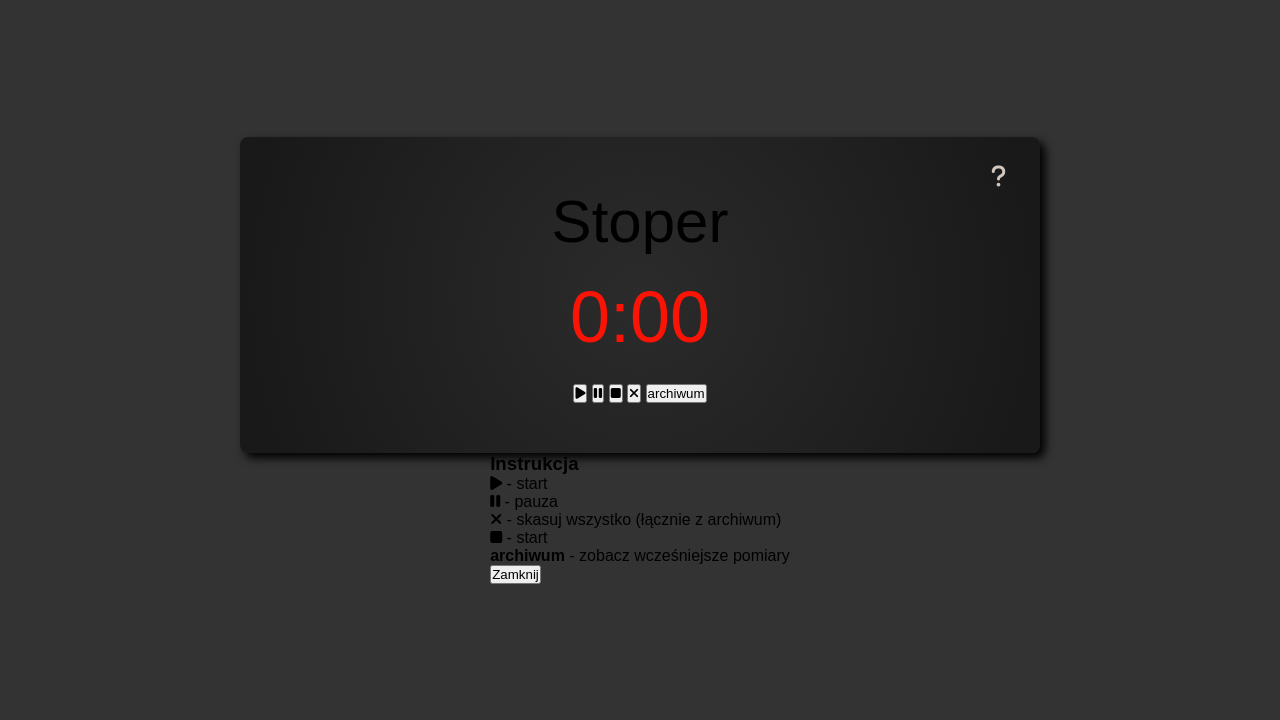
Repository: KrzysKolo/Projekt-5_Stoper
Page: index.html
The author's editor kept a copy of each file at every save. The page is drawn from the files as they stood at one save, then again after the next save.
The browser window is 1280 px wide. The pictures show the whole page.
Some web fonts or font styles are not loaded; a fallback is used. Some web libraries are served in a nearby version.

Above is the page before, as saved 2020-07-05 17:03:45.

### index.html
<!DOCTYPE html>
<html lang="en">
  <head>
    <meta charset="UTF-8" />
    <meta name="viewport" content="width=device-width, initial-scale=1.0" />
    <title>Stoper</title>
    <script
      src="https://kit.fontawesome.com/21efeaf281.js"
      crossorigin="anonymous"
    ></script>
    <link
      href="https://fonts.googleapis.com/css2?family=Montserrat+Subrayada&display=swap"
      rel="stylesheet"
    />
    <link rel="stylesheet" href="./css/style.css" />
  </head>
  <body>
    <div class="wrapper">
      <p class="info">
        <i class="fa fa-question" aria-hidden="true"></i>
      </p>
      <h1>Stoper</h1>
      <p class="stopwatch">0:00</p>
      <p class="time">0:00</p>

      <div class="buttons">
        <button class="start"><i class="fas fa-play"></i></button>
        <button class="pouse"><i class="fas fa-pause"></i></button>
        <button class="stop"><i class="fas fa-stop"></i></button>
        <button class="restart"><i class="fas fa-times"></i></button>
        <button class="history">archiwum</button>
      </div>
      <ul class="time-list"></ul>
    </div>
    <div class="modal-shadow">
      <div class="modal"></div>
      <h3>Instrukcja</h3>
      <p><i class="fas fa-play"></i> - start</p>
      <p><i class="fas fa-pause"></i> - pauza</p>
      <p><i class="fas fa-times"></i> - skasuj wszystko (łącznie z archiwum)</p>
      <p><i class="fas fa-stop"></i> - start</p>
      <p><strong>archiwum</strong> - zobacz wcześniejsze pomiary</p>
      <button class="close">Zamknij</button>
    </div>
    <script src="./js/index.js"></script>
  </body>
</html>

### css/style.css
* {
  box-sizing: border-box;
  padding: 0;
  margin: 0;
}
:root {
  --first-color: #fa1406;
  --second-color: #d2c7be;
}
body {
  display: flex;
  justify-content: center;
  align-items: center;
  flex-direction: column;
  min-height: 100vh;
  font-family: "Montserrat Subrayada", sans-serif;
  background-color: #333333;
}
.wrapper {
  position: relative;
  display: flex;
  justify-content: center;
  align-items: center;
  flex-direction: column;
  padding: 50px;
  width: 800px;
  background-image: radial-gradient(
    circle,
    rgb(43, 43, 43) 0%,
    rgb(25, 25, 25) 93%
  );
  border-radius: 8px;
  box-shadow: 5px 5px 10px black;
}
.info {
  position: absolute;
  top: 6px;
  right: 14px;
  padding: 20px;
  font-size: 24px;
  clear: both;
  color: var(--second-color);
  cursor: pointer;
  transition: color 0.3s;
}
.info:hover {
  color: var(--first-color);
}
h1 {
  margin-bottom: 20px;
  font-size: 60px;
  font-weight: lighter;
}
.stopwatch {
  font-size: 72px;
  color: var(--first-color);
}
.time {
  visibility: hidden;
  color: var(--second-color);
  font-size: 22px;
}

Loaded but not shown: js/index.js (no stored copy; drawn as an empty file)

After the next save:
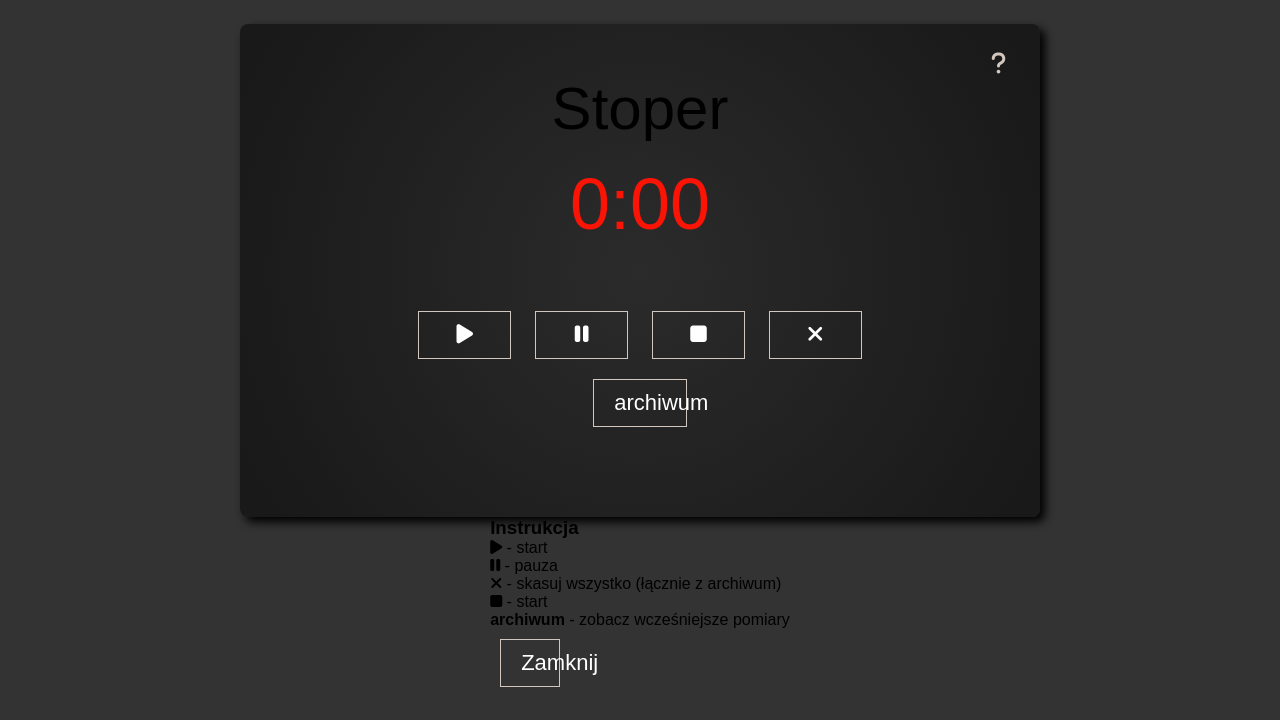
Saved 4 min 15 s later.
--- a/css/style.css
+++ b/css/style.css
@@ -60,3 +60,18 @@ h1 {
   color: var(--second-color);
   font-size: 22px;
 }
+.buttons {
+  display: flex;
+  justify-content: space-around;
+  flex-wrap: wrap;
+  margin: 30px;
+}
+button {
+  margin: 10px;
+  padding: 10px 20px;
+  width: 20%;
+  color: #fff;
+  font-size: 22px;
+  background-color: transparent;
+  border: 1px solid var(--second-color);
+}
